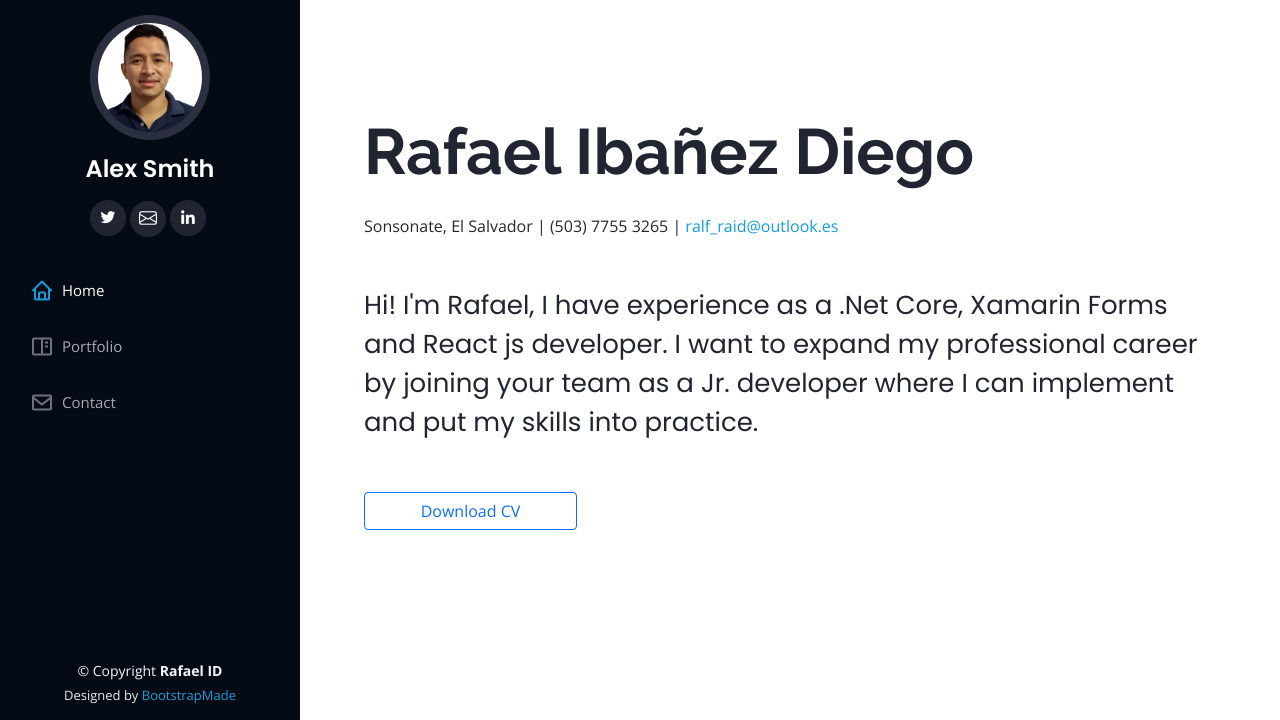
Repository: ralfId/myportfolio
Page: /
These files come from the project's save history. The page is drawn as it stood at one moment and after the next save; the edit follows.
The browser window is 1280 px wide. The pictures show the whole page.
The project was rebuilt for these pictures with package versions that can differ from the ones it lists, and the page was loaded fresh each time. Also part of the build but not shown: src/data/projects.js, src/components/Projects/ProjectItem.js, src/components/Projects/ProjectIndex.js, src/helpers/ProjectById.js, src/components/Projects/ProjectDetail.js.

Above is the page before, as saved 2021-09-20 16:07:23.

After the next save:
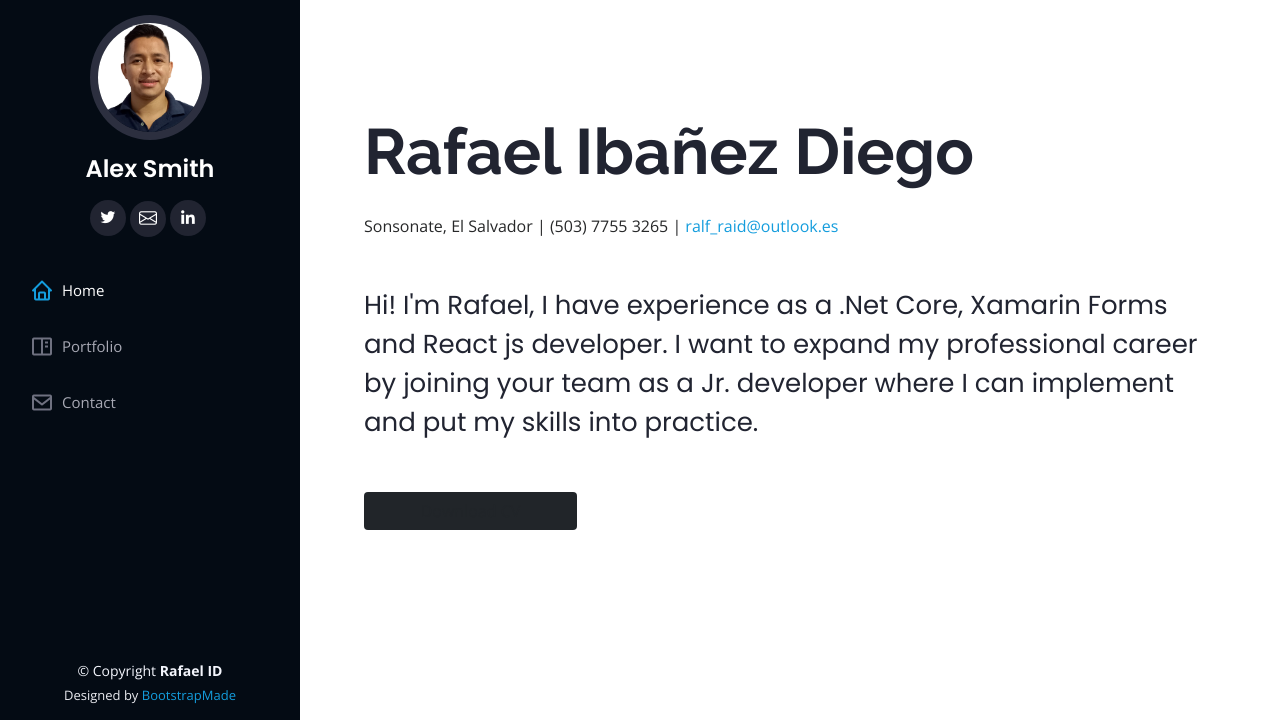
Saved 17 s later.
--- a/src/components/Home.js
+++ b/src/components/Home.js
@@ -22,7 +22,7 @@ export const Home = () => {
                         I want to expand my professional career by joining your team as a Jr. developer where
                         I can implement and put my skills into practice.
                     </p>
-                    <button className="col-md-3 btn btn-outline-primary">Download CV</button>
+                    <button className="col-md-3 btn bg-dark">Download CV</button>
                 </div>
             </section>
         </>
